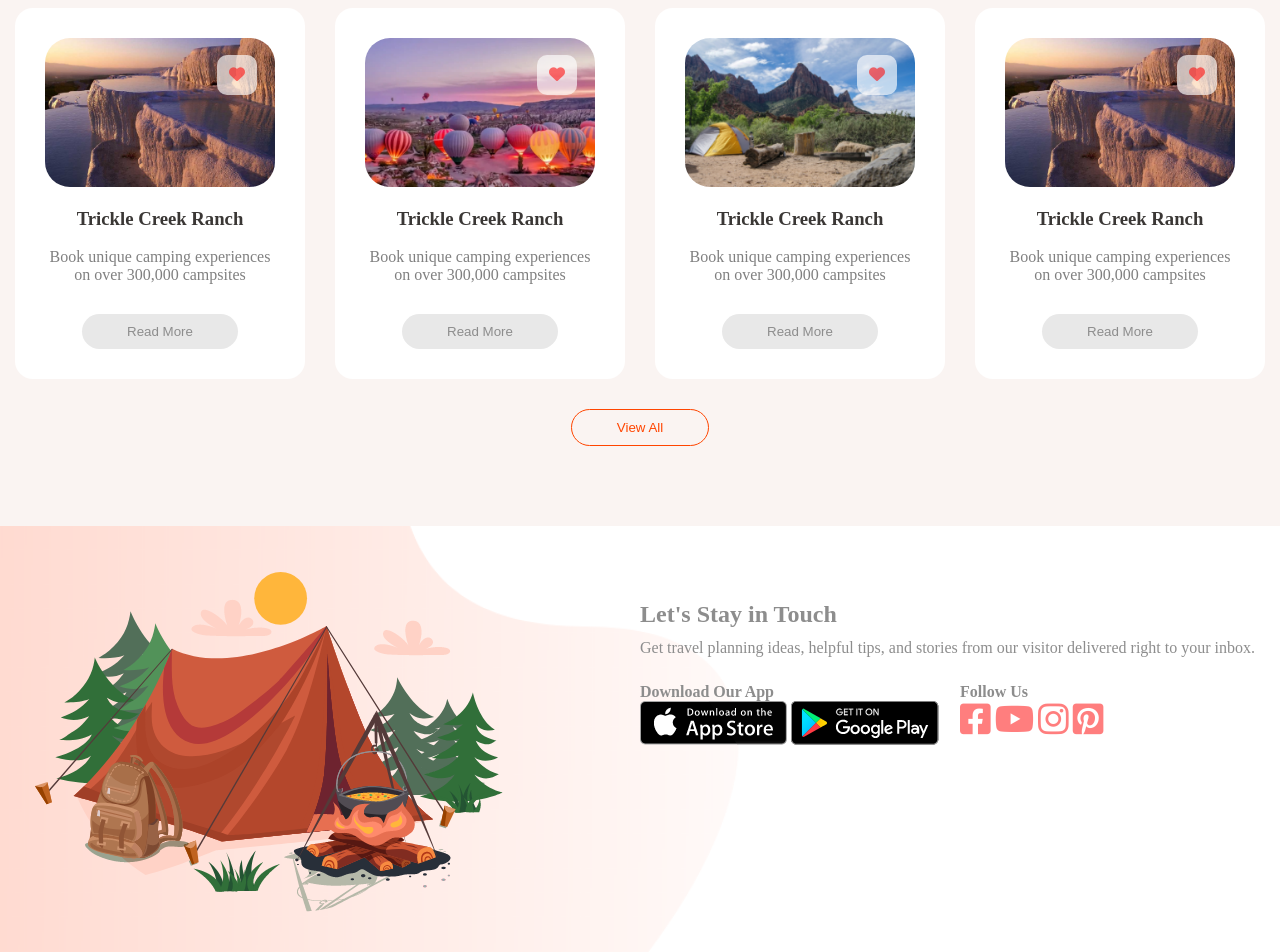
Repository: giahuy405/BC38_Camping_Pham_Gia_Huy
Page: index.html
These files come from the project's save history. The page is drawn as it stood at one moment and after the next save; the edit follows.
The browser window is 1280 px wide. The pictures show the part of the page from y = 909 to 1861 px (the page is 1861 px tall).

Above is the page before, as saved 2022-09-13 19:42:11.

### index.html
<!DOCTYPE html>
<html lang="en">
<head>
    <meta charset="UTF-8">
    <meta http-equiv="X-UA-Compatible" content="IE=edge">
    <meta name="viewport" content="width=device-width, initial-scale=1.0">
    <title>Document</title>
    <link rel="stylesheet" href="https://cdnjs.cloudflare.com/ajax/libs/font-awesome/6.2.0/css/all.min.css" integrity="sha512-xh6O/CkQoPOWDdYTDqeRdPCVd1SpvCA9XXcUnZS2FmJNp1coAFzvtCN9BmamE+4aHK8yyUHUSCcJHgXloTyT2A==" crossorigin="anonymous" referrerpolicy="no-referrer" />
    <link rel="stylesheet" href="./css/index.css">
</head>
<body>
    <header>
       <div class="header__items">
            <img src="./img/logoicon.png" alt="">
            <nav>
                <ul>
                    <li><a href="#">Home</a></li>
                    <li><a href="#">Services</a></li>
                    <li><a href="#">Destination</a></li>
                    <li><a href="#">Events</a></li>
                    <li><a href="#">Gallery</a></li>
                    <li><a href="#">Contact us</a></li>
                </ul>
            </nav>
       </div>
    </header>
    <section class="carousel">
        <img src="./img/BG.png" alt="">
    </section>
    <section class="service">
        <img src="./img/Group 313.png" alt="">
        <h1>Explore Destination & Activities</h1>
        <div class="service__cards">
            <div class="service__card">
                <div class="service__item">
                    <img src="./img/product1.png" alt="">
                    <h3>Trickle Creek Ranch</h3>
                    <p>Book unique camping experiences on over 300,000 campsites</p>
                    <button>Read More</button>
                </div>
                <div class="service__heart">
                    <i class="fa fa-heart"></i>
                </div>
            </div>
            <div class="service__card">
                <div class="service__item">
                    <img src="./img/product4.png" alt="">
                    <h3>Trickle Creek Ranch</h3>
                    <p>Book unique camping experiences on over 300,000 campsites</p>
                    <button>Read More</button>
                </div>
                <div class="service__heart">
                    <i class="fa fa-heart"></i>
                </div>
            </div>
            <div class="service__card">
                <div class="service__item">
                    <img src="./img/product5.png" alt="">
                    <h3>Trickle Creek Ranch</h3>
                    <p>Book unique camping experiences on over 300,000 campsites</p>
                    <button>Read More</button>
                </div>
                <div class="service__heart">
                    <i class="fa fa-heart"></i>
                </div>
            </div>
            <div class="service__card">
                <div class="service__item">
                    <img src="./img/product1.png" alt="">
                    <h3>Trickle Creek Ranch</h3>
                    <p>Book unique camping experiences on over 300,000 campsites</p>
                    <button>Read More</button>
                </div>
                <div class="service__heart">
                    <i class="fa fa-heart"></i>
                </div>
            </div>
            <div class="clear"></div>
        </div>
        <button class="service__final-button">View All</button>
    </section>
    <div class="contact">
        <div class="contact__items contact__background">
            <img src="./img/homeicon.png" alt="">
        </div>
        <div class="contact__items contact__content">
            <h2>Let's Stay in Touch</h2>
            <p>Get travel planning ideas, helpful tips, and stories from our visitor delivered right to your inbox.</p>
            <div class="content__item">
                <h4>Download Our App</h4>
                <a href="https://www.youtube.com/" target="_blank"><img src="./img/download-on-the-app-store-apple-1.png" alt=""></a>
                <a href="https://www.youtube.com/" target="_blank"> <img src="./img/google-play-badge-1.png" alt=""></a>
            </div>
            <div class="content__item">
                <h4>Follow Us</h4>
                <ul>
                    <li><i class="fab fa-facebook-square"></i></li>
                    <li><i class="fab fa-youtube"></i></li>
                    <li><i class="fab fa-instagram"></i></li>
                    <li><i class="fab fa-pinterest-square"></i></li>
                </ul>
            </div>
            <div class="clear"></div>
        </div>
        <div class="clear"></div>
    </div>
</body>
</html>

### css/index.css
*{
    padding: 0;
    margin: 0;
    box-sizing: border-box;
}
.header__items{
    width: 90%;
    margin: 0 auto;
}
header{
    background-color: #f8e1db;
}
nav{
    margin-top: 10px;
    padding-bottom: 10px;
}
nav ul{
    list-style: none;
}
nav li{
    display: inline;
    margin-right:30px;
}
nav a{
    text-decoration: none;
    color: #43403c;
}
nav a:hover{
    color: rgb(160, 5, 5);
}
.clear{
    clear: both;
}
.carousel img{
    height: 600px;
    width: 100%;
}
.service{
    text-align: center;
    padding-top: 70px;
    background-color: #faf4f2;
  padding-bottom: 80px;
}
.service > h1{
    color: #8d8d8d;
    margin-bottom: 30px;
}
.service__cards{
    width: 100%;

}
.service__card{
    float: left;
    width: 25%;
    padding: 0 15px;
    position: relative;
}
.service__item{
    background-color: white;
    border-radius: 18px;
    padding: 30px 30px;

}
.service__item img{
    border-radius: 25px;
    width: 100%;
}
.service__heart{
    position: absolute;
    top: 47px;
    right: 63px;
    width: 40px;
    height: 40px;
    line-height: 40px;
    color: rgba(255, 0, 0, 0.555);
    background-color: rgba(255, 255, 255, 0.651);
    border-radius: 10px;
}
.service__item h3{
    line-height: 3;
    color: #3a3735;
}
.service__item p{
    color: gray;
}
.service__card button{
    padding: 10px 45px;
    background-color: #e8e8e8;
    color: #8d8d8d;
    border-radius: 20px;
    border: none;
    margin-top: 30px;
    cursor: pointer;
}
.service__card button:hover{
    background-color: #7e7e7e;
    color: white;
}
.service__final-button{
    padding: 10px 45px;
    background-color: transparent;
    color: orangered;
    border-radius: 20px;
    border: 1px solid orangered;
    margin-top: 30px;
    cursor: pointer;
}
.service__final-button:hover{
    background-color: #3a3735;
    color: white;
}
.contact{
    background-image: url(../img/mask.png);
    background-position: center;
    background-repeat: no-repeat;
    background-size: cover;
}

.contact__items{
    float: left;
    width: 50%;
}
.contact__background{
    padding: 35px;
}
.contact__content{
    padding-top: 75px;
}
.contact__content{
    color: #8d8d8d;
}
.contact__content p{
    line-height: 2.5;
    margin-bottom: 15px;
}
.content__item{
    float: left;
    width: 50%;
}
.content__item ul{
    list-style: none;
}
.content__item li{
    display: inline;

}
.content__item i{
    color: rgba(255, 0, 0, 0.507);
    font-size: 35px;
    cursor: pointer;
}
.content__item i:hover{
    color: red;
}

After the next save:
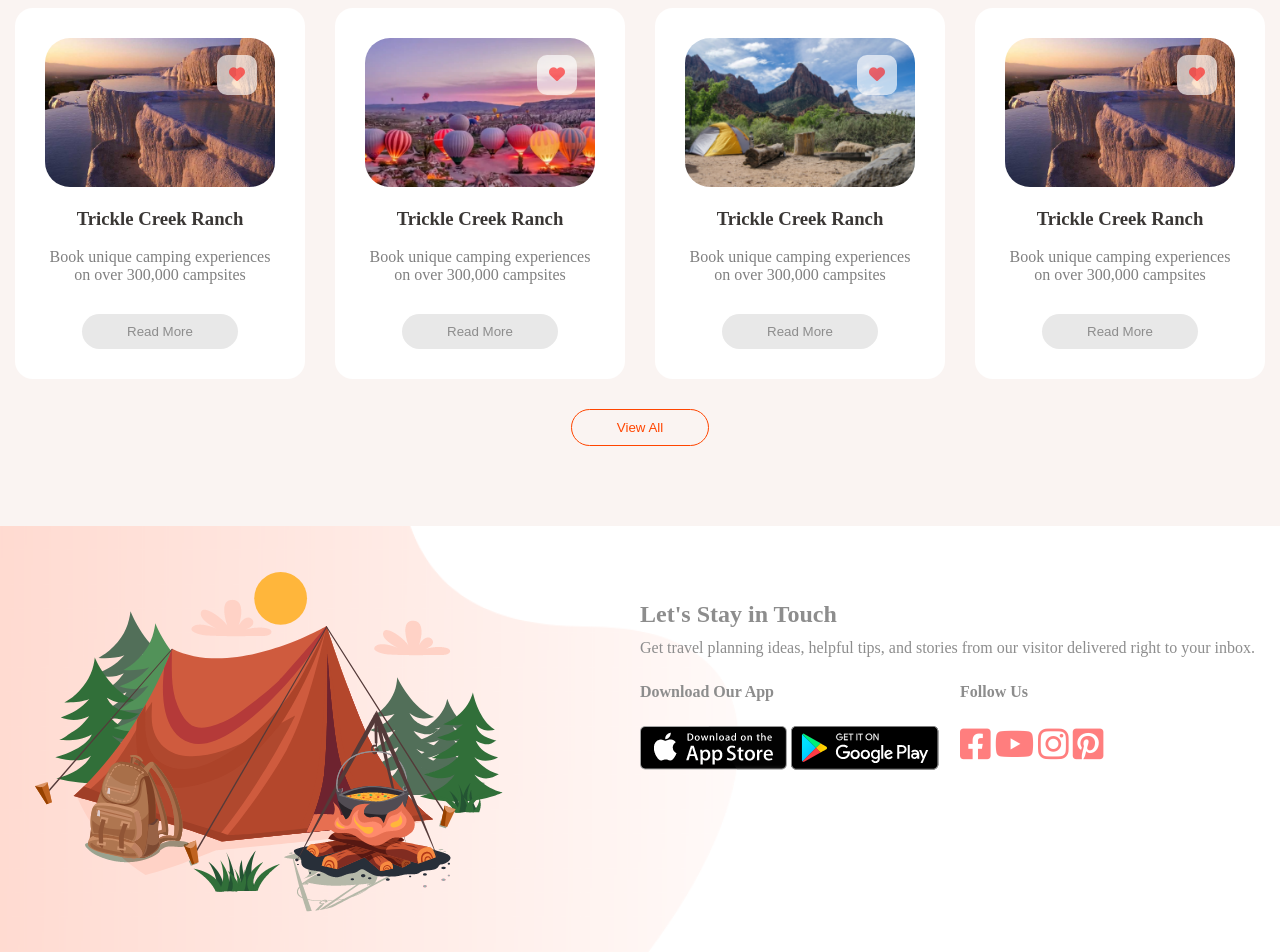
Saved 28 s later.
--- a/css/index.css
+++ b/css/index.css
@@ -152,3 +152,6 @@
 .content__item i:hover{
     color: red;
 }
+.content__item h4{
+    margin-bottom: 25px;
+}
